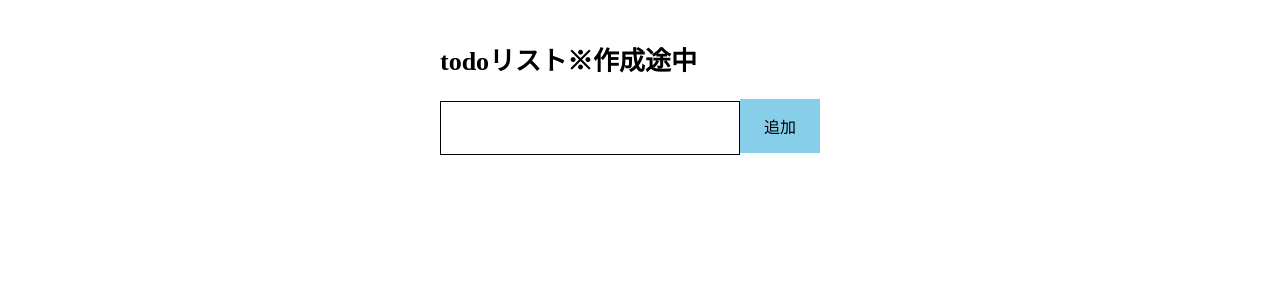
Repository: FujieRyou/react_practice
Page: /
The author's editor kept a copy of each file at every save. The page is drawn from the files as they stood at one save, then again after the next save.
The browser window is 1280 px wide. The pictures show the whole page.
The project was rebuilt for these pictures with package versions that can differ from the ones it lists, and the page was loaded fresh each time. Also part of the build but not shown: vite.config.js, src/components/testComponent.jsx, src/components/countUp.jsx, src/components/switchFlag.jsx, src/components/props1.jsx, src/components/profile.jsx, src/components/ivent.jsx.

Above is the page before, as saved 2023-01-19 03:51:00.

### src/App.jsx
import { useEffect } from "react"
import { useRef } from "react"
import { useState } from "react"
import TestComponent from "./components/testComponent"
import styles from "./scss/style.scss"
import Todolist from "./components/todoComponent"
import CountUp from "./components/countUp"
import SwitchFlag from "./components/switchFlag"
import PropsPractice from "./components/props1"
import Profile from "./components/profile"
import ChangeIvent from "./components/ivent"


const App = () =>{
  const profileInfo = [
    {name:"Takasi",age:20,from:"大阪"},
    {name:"Hirosi",age:19,from:"東京"},
    {name:"Musasi",age:21,from:"名古屋"},
]


  return(
    <div>
      {/* todolist作成中 */}
      <Todolist />

      {/* 押すたびにcountがupする(useState練習) */}
      {/* < CountUp /> */}

      {/* 押すたびにON,OFFがきりかわる(useState練習) */}
      {/* <SwitchFlag /> */}

    {/* props練習 */}
    {/* <PropsPractice color="red"/>
    <PropsPractice num={123}/> */}

    {/* <Profile
      name={profileInfo[0].name}
      age={profileInfo[0].age}
      from={profileInfo[0].from}
    />

    <Profile
      {...profileInfo[1]}
    />

    <Profile/>

    <ChangeIvent /> */}

    </div>






  )
}


export default App

### src/scss/style.scss
@forward "_ress";

input{
    border: solid 1px black;
    width: 200px;
    height: 32px;
}

.btn{
    width: 56px;
    height: 32px;
    background-color: aquamarine;
}

.list{
    width: 200px;
    height: 100px;
    background-color: tomato;
    border: solid 1px skyblue;
    padding: 10px 12px;
    list-style-type: none;
}

.component{
    width: 200px;
    height: 150px;
    border: solid 5px green;
    color: green;
}
.component.red{
    width: 200px;
    height: 150px;
    border: solid 5px red;
    color: red;
}

.mouseInOut{
    width: 200px;
    height: 200px;
    background-color: aquamarine;
    margin-top: 20px;
}

.todoWrap{
    width: 400px;
    height: 200px;
    margin: 0 auto;
    padding-top: 40px;
    h2{
        font-size: 26px;
    }
}

.addBtn{
    width: 80px;
    height: 54px;
    background-color: skyblue;
}

.txtArea{
    width: 300px;
    height: 54px;
    margin-top: 24px;
}

### src/components/todoComponent.jsx
import style from "../scss/style.scss"
import { useState } from "react";

const Todolist = () =>{
    const [val, setVal] = useState();

    return(
        <div className="todoWrap">
            <h2>todoリスト※作成途中</h2>
            <input type="text" id="txtArea" className="txtArea" />
            <button type="button" id="addBtn" className="addBtn">追加</button>
            <div id="listWrap">
            </div>
        </div>
    )
}

export default Todolist;

### src/scss/_ress.scss
/*!
 * ress.css • v4.0.0
 * MIT License
 * github.com/filipelinhares/ress
 */

/* # =================================================================
   # Global selectors
   # ================================================================= */

   html {
    box-sizing: border-box;
    -webkit-text-size-adjust: 100%; /* Prevent adjustments of font size after orientation changes in iOS */
    word-break: normal;
    -moz-tab-size: 4;
    tab-size: 4;
  }

  *,
  ::before,
  ::after {
    background-repeat: no-repeat; /* Set `background-repeat: no-repeat` to all elements and pseudo elements */
    box-sizing: inherit;
  }

  ::before,
  ::after {
    text-decoration: inherit; /* Inherit text-decoration and vertical align to ::before and ::after pseudo elements */
    vertical-align: inherit;
  }

  * {
    padding: 0; /* Reset `padding` and `margin` of all elements */
    margin: 0;
  }

  /* # =================================================================
     # General elements
     # ================================================================= */

  hr {
    overflow: visible; /* Show the overflow in Edge and IE */
    height: 0; /* Add the correct box sizing in Firefox */
    color: inherit; /* Correct border color in Firefox. */
  }

  details,
  main {
    display: block; /* Render the `main` element consistently in IE. */
  }

  summary {
    display: list-item; /* Add the correct display in all browsers */
  }

  small {
    font-size: 80%; /* Set font-size to 80% in `small` elements */
  }

  [hidden] {
    display: none; /* Add the correct display in IE */
  }

  abbr[title] {
    border-bottom: none; /* Remove the bottom border in Chrome 57 */
    /* Add the correct text decoration in Chrome, Edge, IE, Opera, and Safari */
    text-decoration: underline;
    text-decoration: underline dotted;
  }

  a {
    background-color: transparent; /* Remove the gray background on active links in IE 10 */
  }

  a:active,
  a:hover {
    outline-width: 0; /* Remove the outline when hovering in all browsers */
  }

  code,
  kbd,
  pre,
  samp {
    font-family: monospace, monospace; /* Specify the font family of code elements */
  }

  pre {
    font-size: 1em; /* Correct the odd `em` font sizing in all browsers */
  }

  b,
  strong {
    font-weight: bolder; /* Add the correct font weight in Chrome, Edge, and Safari */
  }

  /* https://gist.github.com/unruthless/413930 */
  sub,
  sup {
    font-size: 75%;
    line-height: 0;
    position: relative;
    vertical-align: baseline;
  }

  sub {
    bottom: -0.25em;
  }

  sup {
    top: -0.5em;
  }

  table {
    border-color: inherit; /* Correct border color in all Chrome, Edge, and Safari. */
    text-indent: 0; /* Remove text indentation in Chrome, Edge, and Safari */
  }

  /* # =================================================================
     # Forms
     # ================================================================= */

  input {
    border-radius: 0;
  }

  /* Replace pointer cursor in disabled elements */
  [disabled] {
    cursor: default;
  }

  [type='number']::-webkit-inner-spin-button,
  [type='number']::-webkit-outer-spin-button {
    height: auto; /* Correct the cursor style of increment and decrement buttons in Chrome */
  }

  [type='search'] {
    -webkit-appearance: textfield; /* Correct the odd appearance in Chrome and Safari */
    outline-offset: -2px; /* Correct the outline style in Safari */
  }

  [type='search']::-webkit-search-decoration {
    -webkit-appearance: none; /* Remove the inner padding in Chrome and Safari on macOS */
  }

  textarea {
    overflow: auto; /* Internet Explorer 11+ */
    resize: vertical; /* Specify textarea resizability */
  }

  button,
  input,
  optgroup,
  select,
  textarea {
    font: inherit; /* Specify font inheritance of form elements */
  }

  optgroup {
    font-weight: bold; /* Restore the font weight unset by the previous rule */
  }

  button {
    overflow: visible; /* Address `overflow` set to `hidden` in IE 8/9/10/11 */
  }

  button,
  select {
    text-transform: none; /* Firefox 40+, Internet Explorer 11- */
  }

  /* Apply cursor pointer to button elements */
  button,
  [type='button'],
  [type='reset'],
  [type='submit'],
  [role='button'] {
    cursor: pointer;
    color: inherit;
  }

  /* Remove inner padding and border in Firefox 4+ */
  button::-moz-focus-inner,
  [type='button']::-moz-focus-inner,
  [type='reset']::-moz-focus-inner,
  [type='submit']::-moz-focus-inner {
    border-style: none;
    padding: 0;
  }

  /* Replace focus style removed in the border reset above */
  button:-moz-focusring,
  [type='button']::-moz-focus-inner,
  [type='reset']::-moz-focus-inner,
  [type='submit']::-moz-focus-inner {
    outline: 1px dotted ButtonText;
  }

  button,
  html [type='button'], /* Prevent a WebKit bug where (2) destroys native `audio` and `video`controls in Android 4 */
  [type='reset'],
  [type='submit'] {
    -webkit-appearance: button; /* Correct the inability to style clickable types in iOS */
  }

  /* Remove the default button styling in all browsers */
  button,
  input,
  select,
  textarea {
    background-color: transparent;
    border-style: none;
  }

  a:focus,
  button:focus,
  input:focus,
  select:focus,
  textarea:focus {
    outline-width: 0;
  }

  /* Style select like a standard input */
  select {
    -moz-appearance: none; /* Firefox 36+ */
    -webkit-appearance: none; /* Chrome 41+ */
  }

  select::-ms-expand {
    display: none; /* Internet Explorer 11+ */
  }

  select::-ms-value {
    color: currentColor; /* Internet Explorer 11+ */
  }

  legend {
    border: 0; /* Correct `color` not being inherited in IE 8/9/10/11 */
    color: inherit; /* Correct the color inheritance from `fieldset` elements in IE */
    display: table; /* Correct the text wrapping in Edge and IE */
    max-width: 100%; /* Correct the text wrapping in Edge and IE */
    white-space: normal; /* Correct the text wrapping in Edge and IE */
    max-width: 100%; /* Correct the text wrapping in Edge 18- and IE */
  }

  ::-webkit-file-upload-button {
    /* Correct the inability to style clickable types in iOS and Safari */
    -webkit-appearance: button;
    color: inherit;
    font: inherit; /* Change font properties to `inherit` in Chrome and Safari */
  }

  /* # =================================================================
     # Specify media element style
     # ================================================================= */

  img {
    border-style: none; /* Remove border when inside `a` element in IE 8/9/10 */
  }

  /* Add the correct vertical alignment in Chrome, Firefox, and Opera */
  progress {
    vertical-align: baseline;
  }

  /* # =================================================================
     # Accessibility
     # ================================================================= */

  /* Specify the progress cursor of updating elements */
  [aria-busy='true'] {
    cursor: progress;
  }

  /* Specify the pointer cursor of trigger elements */
  [aria-controls] {
    cursor: pointer;
  }

  /* Specify the unstyled cursor of disabled, not-editable, or otherwise inoperable elements */
  [aria-disabled='true'] {
    cursor: default;
  }

Loaded but not shown: index.html (common file); src/main.jsx (common file)

After the next save:
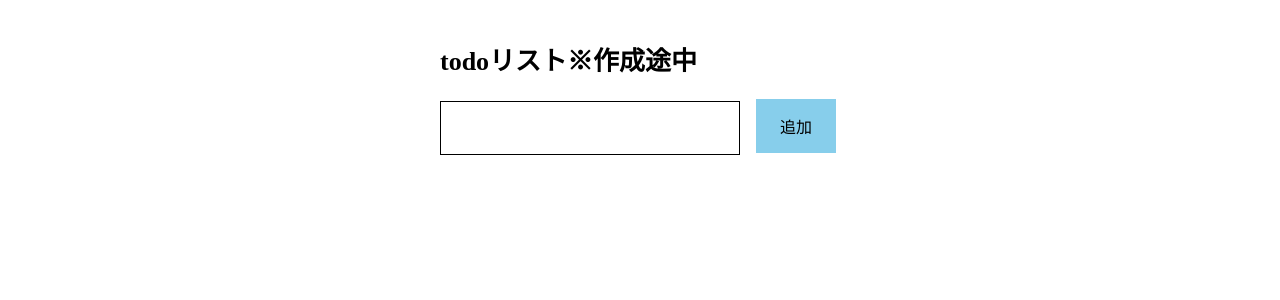
Saved 17 s later.
--- a/src/scss/style.scss
+++ b/src/scss/style.scss
@@ -55,6 +55,7 @@ input{
     width: 80px;
     height: 54px;
     background-color: skyblue;
+    margin-left: 16px;
 }
 
 .txtArea{
